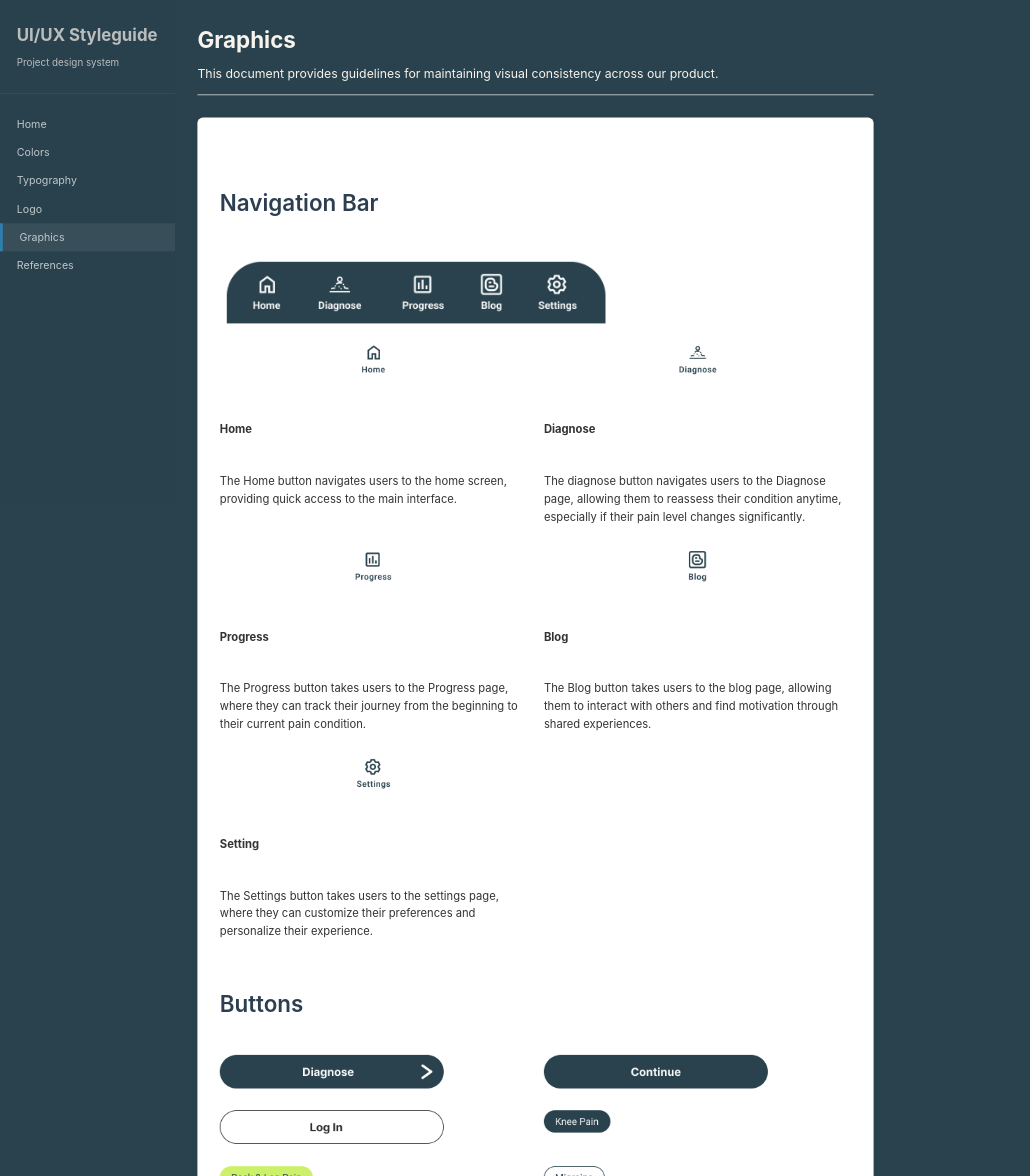
Repository: rosielee09/Heal_U
Page: graphics.html
These files come from the project's save history. The page is drawn as it stood at one moment and after the next save; the edit follows.
The browser window is 1280 px wide. The page is 1472 px wide, so the pictures cover 1472 px, including what lies to the right of the window. The pictures show the part of the page from y = 0 to 1680 px (the page is 4923 px tall before and 4893 px after), at 70% of full size.

Above is the page before, as saved 2025-04-06 10:41:49.

After the next save:
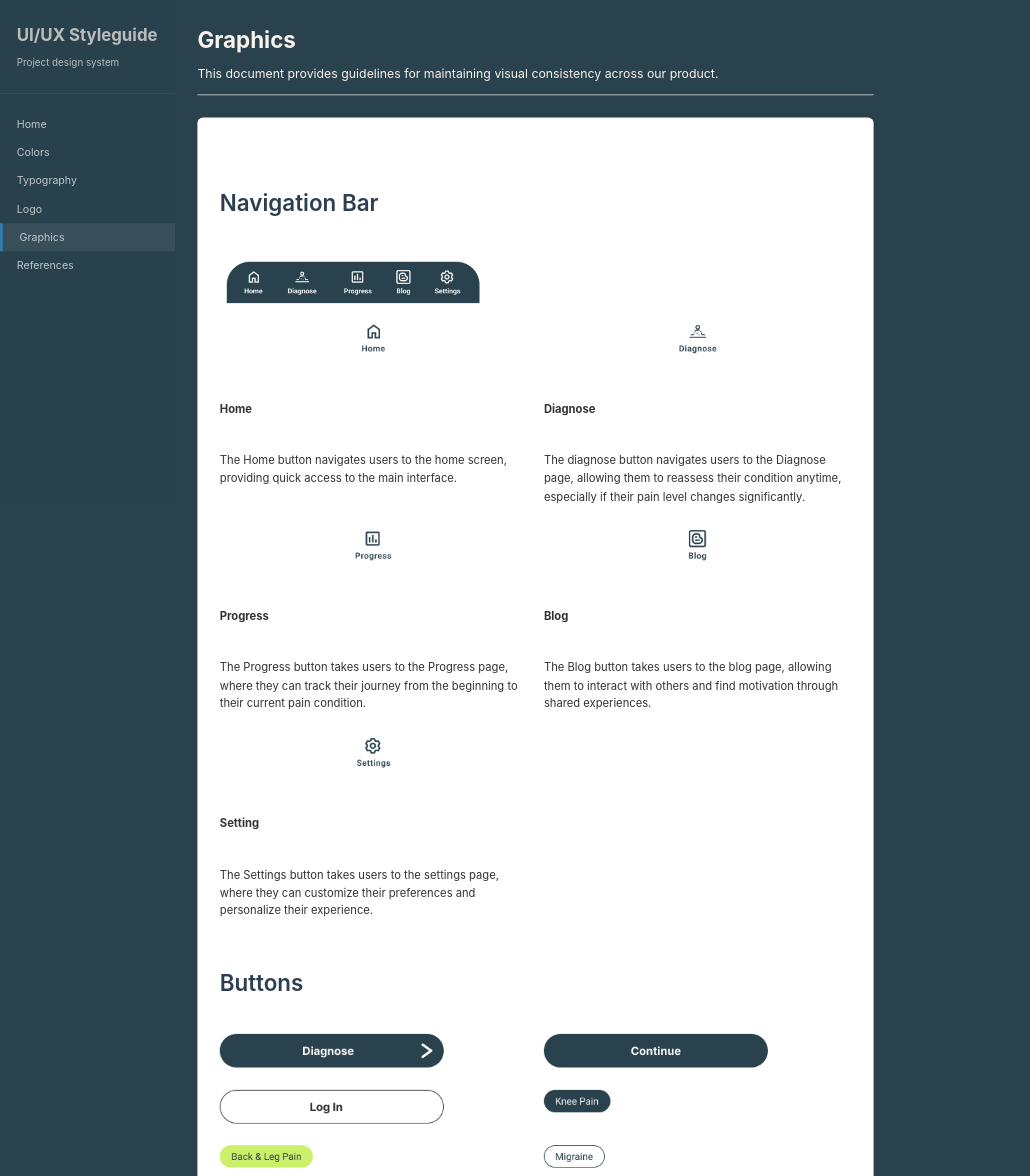
Saved 4 s later.
--- a/graphics.html
+++ b/graphics.html
@@ -41,7 +41,7 @@
                     <h3 class="component-title">Navigation Bar</h3>
                                             <!-- navbar -->
                                             <div class="graphic-item">
-                                                <img class="graphic-menu__icon" src="/img/graphic-menu/navbar.png" alt="navbar" width="60%">
+                                                <img class="graphic-menu__icon" src="/img/graphic-menu/navbar.png" alt="navbar" width="40%">
                                             </div>
 
 
